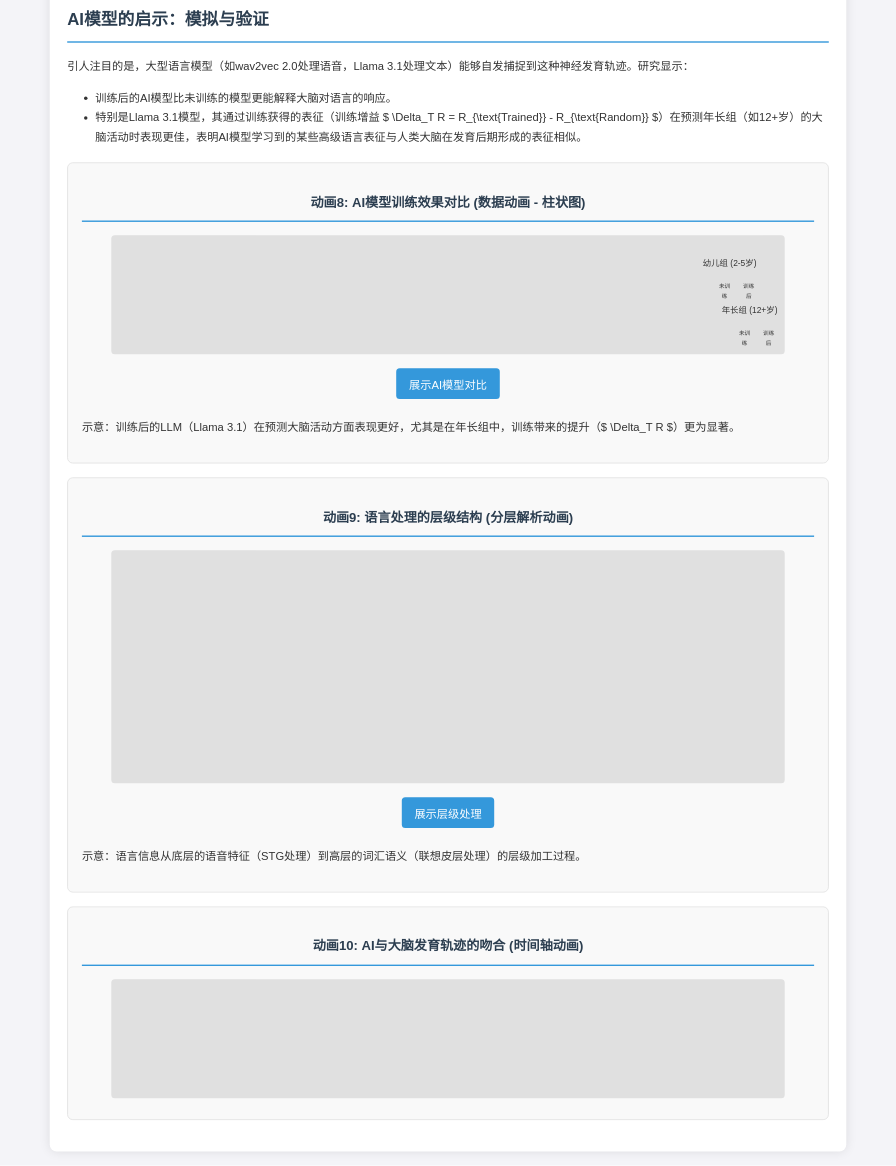
Repository: james130012/newcline
Page: useful/5.神经网络和年长大脑.html
These files come from the project's save history. The page is drawn as it stood at one moment and after a run of saves; the edit follows.
The browser window is 1280 px wide. The pictures show the part of the page from y = 4230 to 6150 px (the page is 5895 px tall before and 6150 px after), at 70% of full size.

Above is the page before, as saved 2025-05-16 08:05:21.

After the next 2 saves:
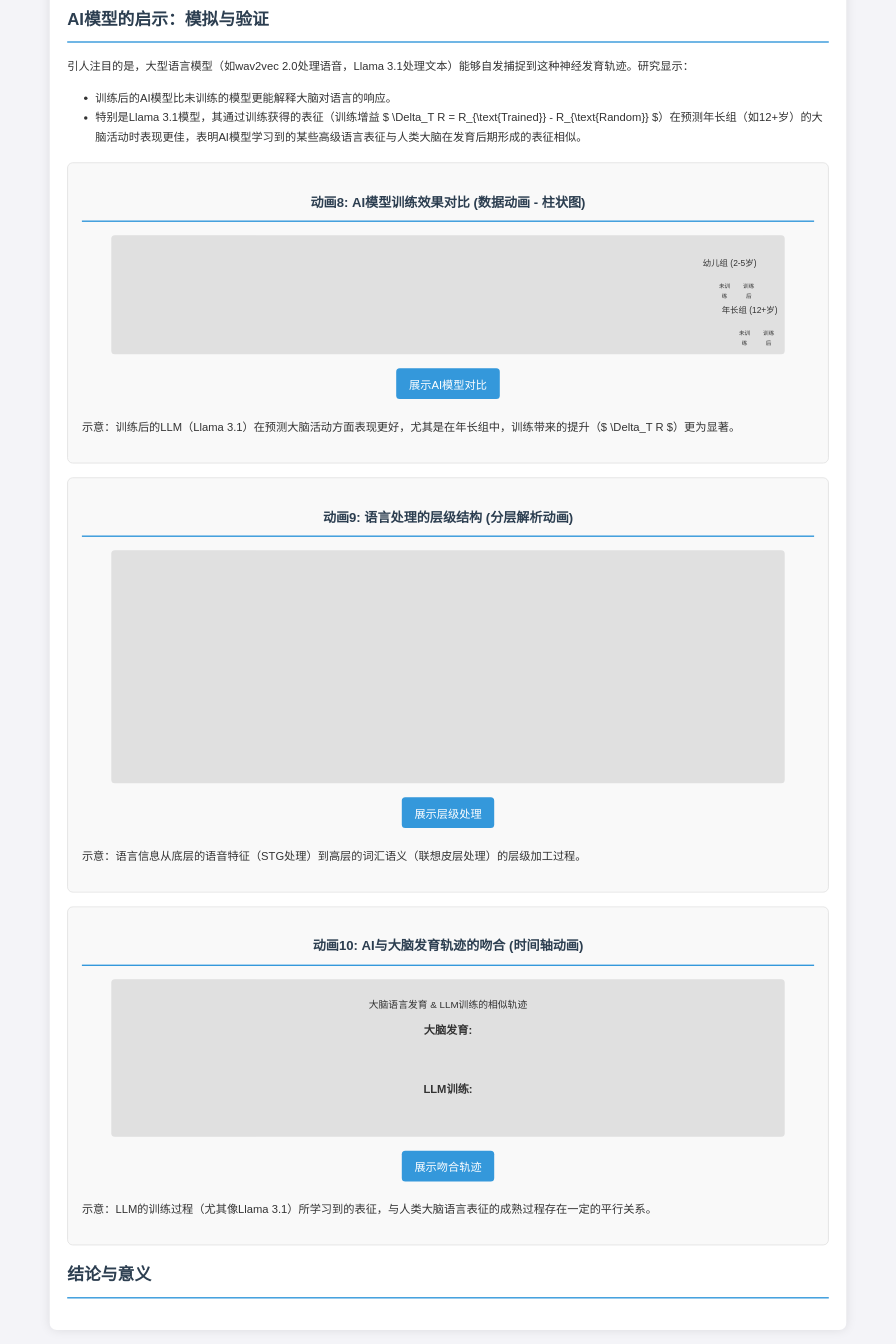
The 2 saves are shown as one change because they came seconds apart.
The last was saved 11 s later.
--- a/useful/5.神经网络和年长大脑.html
+++ b/useful/5.神经网络和年长大脑.html
@@ -384,3 +384,26 @@
         <div class="animation-container">
             <h3>动画10: AI与大脑发育轨迹的吻合 (时间轴动画)</h3>
             <div class="animation-box" id="anim10-box" style="flex-direction:column;">
+                <p style="font-size:14px; margin-bottom:10px;">大脑语言发育 & LLM训练的相似轨迹</p>
+                <div style="width:80%;">
+                    <strong>大脑发育:</strong>
+                    <div class="timeline">
+                        <span id="anim10-brain-s1" class="timeline-event">幼儿期 (语音基础)</span>
+                        <span id="anim10-brain-s2" class="timeline-event">学龄期 (词汇丰富)</span>
+                        <span id="anim10-brain-s3" class="timeline-event">成年期 (高级语义)</span>
+                    </div>
+                </div>
+                <div style="width:80%; margin-top:15px;">
+                    <strong>LLM训练:</strong>
+                    <div class="timeline">
+                        <span id="anim10-llm-s1" class="timeline-event">早期训练 (基础模式)</span>
+                        <span id="anim10-llm-s2" class="timeline-event">中期训练 (复杂结构)</span>
+                        <span id="anim10-llm-s3" class="timeline-event">后期训练 (类人表征)</span>
+                    </div>
+                </div>
+            </div>
+            <button onclick="playAnim10()">展示吻合轨迹</button>
+            <p>示意：LLM的训练过程（尤其像Llama 3.1）所学习到的表征，与人类大脑语言表征的成熟过程存在一定的平行关系。</p>
+        </div>
+
+        <h2>结论与意义</h2>
